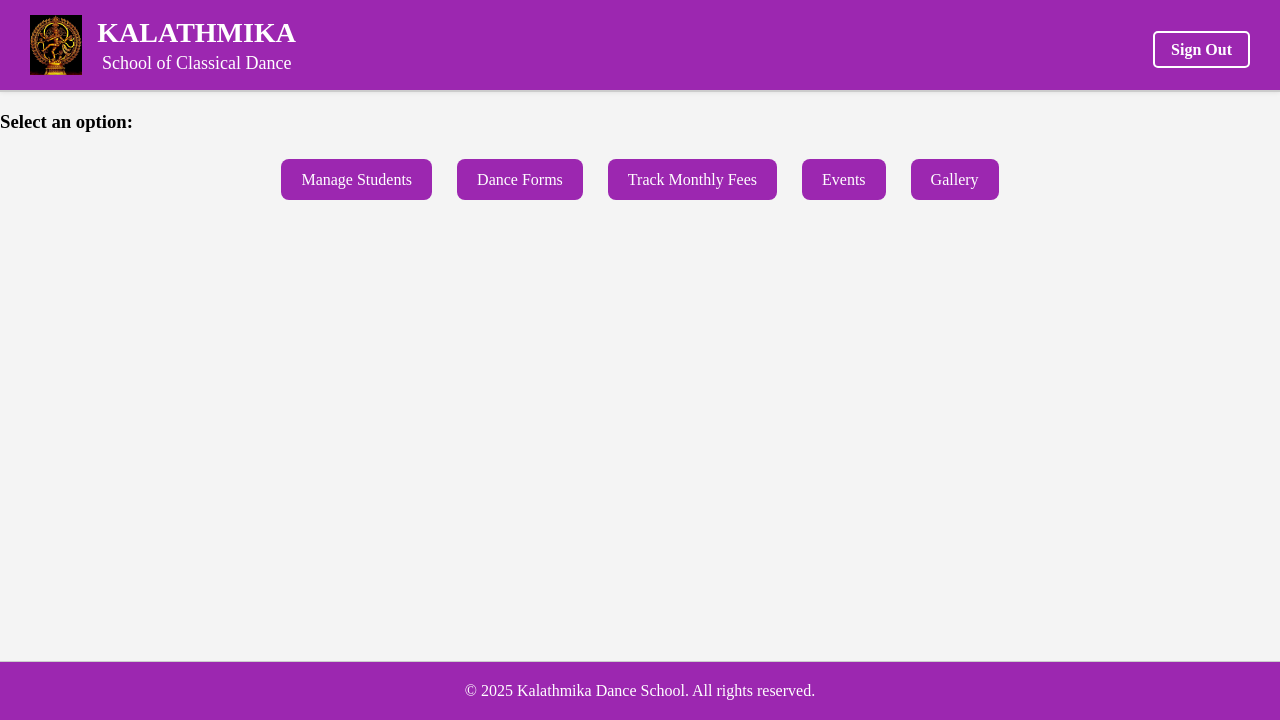
Repository: ammubancilal/LUMINAR-JDK17-STS4-SPRINGBOOT-KALATHMIKA-DANCESCHOOL
Page: http://localhost/springboot-jsp-kalathmika/WEB-INF/jsp/adminDashBoard.jsp
The author's editor kept a copy of each file at every save. The page is drawn from the files as they stood at one save, then again after the next save.
The browser window is 1280 px wide. The pictures show the whole page.
The page is served by Tomcat 9. Nobody is signed in. The template is opened directly, without the code that normally fills it, so the values that code supplies are empty.

Above is the page before, as saved 2025-04-21 11:16:11.

After the next save:
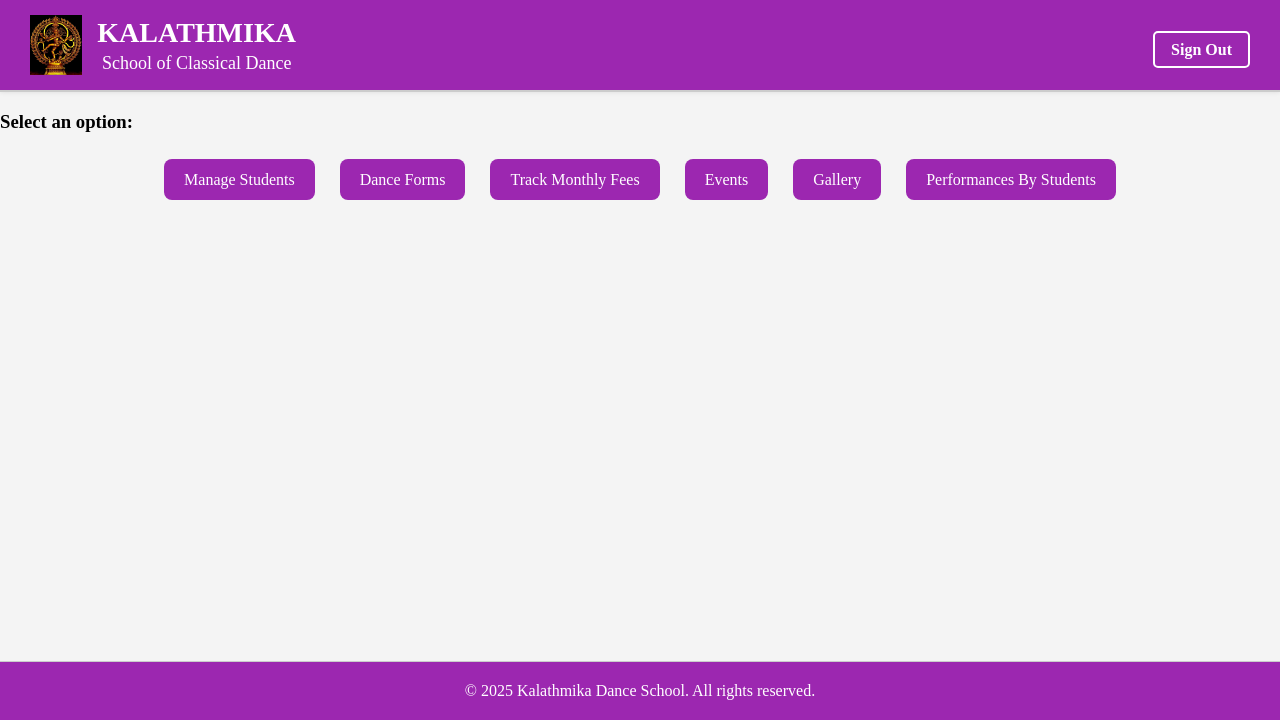
Saved 65 s later.
--- a/springboot-jsp-kalathmika/src/main/webapp/WEB-INF/jsp/adminDashBoard.jsp
+++ b/springboot-jsp-kalathmika/src/main/webapp/WEB-INF/jsp/adminDashBoard.jsp
@@ -36,6 +36,7 @@
         <li><a href="${pageContext.request.contextPath}/admin/fees">Track Monthly Fees</a></li>
         <li><a href="${pageContext.request.contextPath}/admin/events">Events</a></li>
          <li><a href="${pageContext.request.contextPath}/admin/gallery">Gallery</a></li>
+         <li><a href="${pageContext.request.contextPath}/admin/gallery">Performances By Students</a></li>
     </ul>
 </nav>
 
